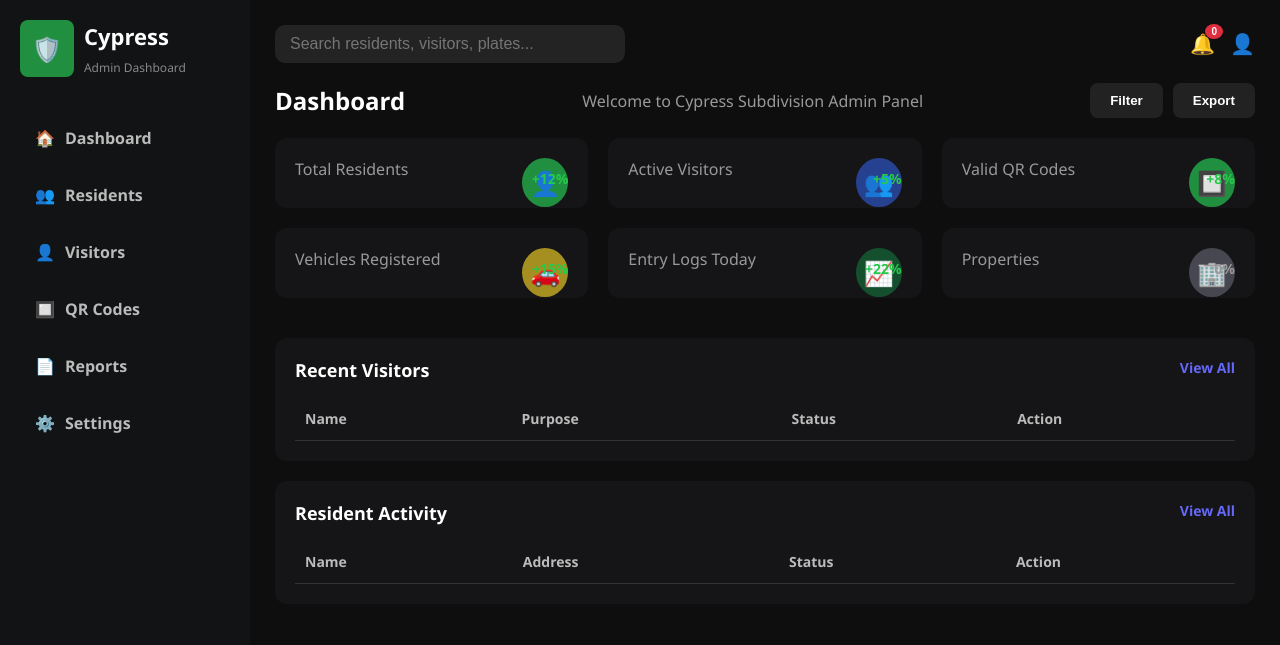
Repository: camuramon/my-project
Page: templates/admin/dashboard.html
An editor plug-in stored every save of this project. The page is shown before and after the next save, followed by the edit.
The browser window is 1280 px wide. The pictures show the whole page.
The template is drawn by Flask 3. The application's start-up code is not run. Other server files are loaded and not shown. The template is opened directly, without the code that normally fills it, so the values that code supplies are empty.

Above is the page before, as saved 2025-09-06 21:44:57.

### templates/admin/dashboard.html
<!DOCTYPE html>
<html lang="en">
<head>
  <meta charset="UTF-8" />
  <meta name="viewport" content="width=device-width, initial-scale=1.0" />
  <title>Cypress Admin Dashboard</title>
  <link rel="stylesheet" href="{{ url_for('static', filename='css/admin.css') }}">
  <link href="https://cdnjs.cloudflare.com/ajax/libs/font-awesome/6.0.0-beta3/css/all.min.css" rel="stylesheet" />
</head>
<body>
<div class="container">
  <aside class="sidebar">
    <div class="logo">
      <div class="icon">🛡️</div>
      <div class="title">
        <h2>Cypress</h2>
        <span>Admin Dashboard</span>
      </div>
    </div>
    <nav>
      <ul class="sidebar-menu">
        <li class="{% if request.path == url_for('admin_dashboard') %}active{% endif %}">
          <a href="{{ url_for('admin_dashboard') }}"><span class="icon">🏠</span> Dashboard</a>
        </li>
        <li class="{% if request.path == url_for('admin_residents') %}active{% endif %}">
          <a href="{{ url_for('admin_residents') }}"><span class="icon">👥</span> Residents</a>
        </li>
        <li class="{% if request.path == url_for('admin_visitors') %}active{% endif %}">
          <a href="{{ url_for('admin_visitors') }}"><span class="icon">👤</span> Visitors</a>
        </li>
        <li><a href="#"><span class="icon">🔲</span> QR Codes</a></li>
        <li class="{% if request.path == url_for('admin_reports') %}active{% endif %}">
          <a href="{{ url_for('admin_reports') }}"><span class="icon">📄</span> Reports</a>
        </li>
        <li class="{% if request.path == url_for('admin_settings') %}active{% endif %}">
          <a href="{{ url_for('admin_settings') }}"><span class="icon">⚙️</span> Settings</a>
        </li>
      </ul>
    </nav>
  </aside>

  <main class="main-content">
    <header class="top-bar">
      <div class="search-bar">
        <input type="search" placeholder="Search residents, visitors, plates..." />
      </div>
      <div class="top-icons">
        <button class="icon-btn">🔔<span class="notification-count">{{ notifications|length }}</span></button>
        <button class="icon-btn">👤</button>
      </div>
    </header>

    <section class="dashboard-header">
      <h1>Dashboard</h1>
      <p>Welcome to Cypress Subdivision Admin Panel</p>
      <div class="actions">
        <button class="filter-btn">Filter</button>
        <button class="export-btn">Export</button>
      </div>
    </section>

    <section class="stats-cards">
      <div class="card">
    <p>Total Residents</p>
    <h2>{{ total_residents }}</h2>
    <div class="card-icon green">👤</div>
    <span class="percentage positive">+12%</span>
</div>

<div class="card">
    <p>Active Visitors</p>
    <h2>{{ active_visitors }}</h2>
    <div class="card-icon blue">👥</div>
    <span class="percentage positive">+5%</span>
</div>

<div class="card">
    <p>Valid QR Codes</p>
    <h2>{{ valid_qr_codes }}</h2>
    <div class="card-icon green">🔲</div>
    <span class="percentage positive">+8%</span>
</div>

<div class="card">
    <p>Vehicles Registered</p>
    <h2>{{ total_vehicles }}</h2>
    <div class="card-icon yellow">🚗</div>
    <span class="percentage positive">+15%</span>
</div>

<div class="card">
    <p>Entry Logs Today</p>
    <h2>{{ entry_logs_today }}</h2>
    <div class="card-icon green-dark">📈</div>
    <span class="percentage positive">+22%</span>
</div>

<div class="card">
    <p>Properties</p>
    <h2>{{ total_properties }}</h2>
    <div class="card-icon gray">🏢</div>
    <span class="percentage neutral">0%</span>
</div>

    </section>

    <section class="tables-section">
      <div class="table-container">
        <h3>Recent Visitors <a href="#" class="view-all">View All</a></h3>

        <table id="visitorTable">
          <thead>
            <tr>
              <th>Name</th>
              <th>Purpose</th>
              <th>Status</th>
              <th>Action</th>
            </tr>
          </thead>
          <tbody>
            {% for visitor in visitors %}
            <tr>
              <td><strong>{{ visitor.fullName }}</strong></td>
              <td>{{ visitor.purpose }}</td>
              <td>
                <span class="status {% if visitor.status == 'Active' %}active{% else %}expired{% endif %}">
                  {{ visitor.status }}
                </span>
              </td>
              <td>👁️</td>
            </tr>
            {% endfor %}
          </tbody>
        </table>
      </div>

      <div class="table-container">
        <h3>Resident Activity <a href="#" class="view-all">View All</a></h3>
        <table>
          <thead>
            <tr>
              <th>Name</th>
              <th>Address</th>
              <th>Status</th>
              <th>Action</th>
            </tr>
          </thead>
          <tbody>
            {% for resident in residents %}
            <tr>
              <td><strong>{{ resident.fullName }}</strong></td>
              <td>{{ resident.address }}</td>
              <td><span class="status {% if resident.status == 'Active' %}active{% else %}suspended{% endif %}">{{ resident.status }}</span></td>
              <td>👁️</td>
            </tr>
            {% endfor %}
          </tbody>
        </table>
      </div>
    </section>
  </main>
  <script src="{{ url_for('static', filename='js/admin.js') }}"></script>
</body>
</html>

### static/css/admin.css
/* ===========================
   GENERAL RESET & BASE STYLES
=========================== */


* {
    box-sizing: border-box;
    margin: 0;
    padding: 0;
}

body {
    font-family: 'Segoe UI', Tahoma, Geneva, Verdana, sans-serif;
    background-color: #0e0e0f;
    color: #ddd;
    display: flex;
    min-height: 100vh;
}
html, body {
    height: 100%;
    width: 100%;
    margin: 0;
    padding: 0;
    overflow-x: hidden;
}

.container {
    display: flex;
    width: 100%;
    height: 100vh;
}


/* ===========================
   SIDEBAR
=========================== */
.sidebar {
    width: 250px;
    height: 100vh;
    background-color: #121314;
    padding: 20px;
    flex-shrink: 0;
}


.logo {
    display: flex;
    align-items: center;
    margin-bottom: 40px;
}

.logo .icon {
    background-color: #208f3f;
    padding: 12px;
    border-radius: 8px;
    font-size: 24px;
    color: white;
    margin-right: 10px;
}

.logo .title h2 {
    font-weight: 700;
    color: white;
    margin-bottom: 4px;
}

.logo .title span {
    font-size: 12px;
    color: #888;
}

.sidebar-menu {
    list-style: none;
    padding: 0;
}

.sidebar-menu li {
    margin: 15px 0;
}

.sidebar-menu li a {
    text-decoration: none;
    color: #bbb;
    font-weight: 600;
    display: flex;
    align-items: center;
    gap: 10px;
    font-size: 16px;
}

.sidebar-menu li a i {
    font-size: 18px;
}

.sidebar-menu li a {
    text-decoration: none;
    color: #bbb;
    font-weight: 600;
    display: flex;
    align-items: center;
    gap: 10px;
    font-size: 16px;
    padding: 10px 15px;
    border-radius: 8px;
    transition: background-color 0.3s ease, color 0.3s ease;
}

.sidebar-menu li.active a {
    background-color: #2a2a2e; /* darker bg for active item */
    color: white;
}

.sidebar-menu li.active a .icon {
    color: white;
}

.sidebar-menu li a:hover {
    background-color: #1d1d1f;
    color: white;
}


/* ===========================
   MAIN CONTENT
=========================== */
.main-content {
    flex-grow: 1;
    overflow-y: auto;
    padding: 25px;
    background-color: #0e0e0f;
}
/* ===========================
   HEADER / TOP BAR
=========================== */
.top-bar, .header {
    display: flex;
    justify-content: space-between;
    align-items: center;
    margin-bottom: 20px;
}

.search-bar input[type="search"] {
    width: 350px;
    padding: 10px 15px;
    border: none;
    border-radius: 10px;
    background-color: #232324;
    color: #ccc;
    font-size: 16px;
}

.top-icons, .header-icons {
    display: flex;
    gap: 15px;
}

.icon-btn, .notification-btn, .user-btn {
    background: none;
    border: none;
    color: #ccc;
    font-size: 20px;
    position: relative;
    cursor: pointer;
}

.notification-count {
    position: absolute;
    top: -8px;
    right: -8px;
    background-color: #e02e41;
    font-size: 10px;
    padding: 2px 6px;
    border-radius: 50%;
    color: white;
}

/* ===========================
   DASHBOARD HEADER & ACTIONS
=========================== */
.dashboard-header, .resident-section .sub-header {
    display: flex;
    justify-content: space-between;
    align-items: center;
    margin: 20px 0;
    flex-wrap: wrap;
}

.dashboard-header h1, .resident-section h2 {
    color: white;
}

.dashboard-header p, .resident-section .subtitle {
    color: #999;
    margin-left: 10px;
}

.actions, .buttons {
    display: flex;
    gap: 10px;
}

.filter-btn,
.export-btn,
.add-resident-btn {
    background-color: #222;
    border: none;
    color: white;
    padding: 10px 20px;
    border-radius: 8px;
    cursor: pointer;
    font-weight: 600;
}

.add-resident-btn {
    background-color: #208f3f;
}

.filter-btn:hover,
.export-btn:hover,
.add-resident-btn:hover {
    background-color: #333;
}

/* ===========================
   DASHBOARD CARDS
=========================== */
.stats-cards {
    display: flex;
    gap: 20px;
    flex-wrap: wrap;
    margin-bottom: 40px;
}

.card {
    background-color: #151517;
    border-radius: 12px;
    flex: 1 1 300px;
    padding: 20px;
    position: relative;
    color: #999;
}

.card p { margin-bottom: 8px; }

.card h2 { color: white; font-weight: 800; font-size: 28px; }

.card-icon {
    position: absolute;
    top: 20px;
    right: 20px;
    font-size: 24px;
    padding: 8px;
    border-radius: 100%;
    background-color: #333;
    color: white;
}

.card-icon.green { background-color: #208f3f; }
.card-icon.blue { background-color: #26418f; }
.card-icon.yellow { background-color: #a58f20; }
.card-icon.green-dark { background-color: #14502d; }
.card-icon.gray { background-color: #474751; }

.percentage {
    position: absolute;
    bottom: 20px;
    right: 20px;
    font-weight: 600;
    font-size: 14px;
}

.percentage.positive { color: #26ca4a; }
.percentage.neutral { color: #999; }

/* ===========================
   TABLES
=========================== */
.tables-section, .resident-directory {
    display: flex;
    gap: 20px;
    flex-wrap: wrap;
}

.table-container {
    background-color: #151517;
    padding: 20px;
    border-radius: 12px;
    flex: 1 1 500px;
    color: #bbb;
}

.table-container h3 {
    display: flex;
    justify-content: space-between;
    margin-bottom: 15px;
    color: white;
}

.view-all {
    color: #6668f8;
    font-weight: 600;
    text-decoration: none;
    font-size: 14px;
}

.view-all:hover { text-decoration: underline; }

table {
    width: 100%;
    border-collapse: collapse;
}

th, td {
    padding: 12px 10px;
    text-align: left;
    font-size: 14px;
}

thead tr { border-bottom: 1px solid #333; }
tbody tr:not(:last-child) { border-bottom: 1px solid #333; }
tbody tr:hover { background-color: #252527; }

/* ===========================
   STATUS BADGES
=========================== */
.status {
    padding: 5px 10px;
    border-radius: 20px;
    font-size: 12px;
    font-weight: 700;
    display: inline-block;
}

.status.active { background-color: #208f3f; color: white; }
.status.expired { background-color: #a5891e; color: white; }
.status.suspended { background-color: #7e1e1e; color: white; }
.status.inactive { background-color: #ff4d4f; color: white; }

.qr-status.valid { background-color: #208f3f; color: white; }
.qr-status.expired { background-color: #a5891e; color: white; }

/* ===========================
   BUTTONS, INPUTS, SELECT
=========================== */
button { cursor: pointer; border: none; border-radius: 6px; font-weight: 600; }

select, input[type="search"] {
    background-color: #232324;
    color: #ccc;
    border: 1px solid #333;
    padding: 8px 10px;
    border-radius: 6px;
}

/* ===========================
   HEADINGS & TEXT
=========================== */
h2 { font-size: 22px; margin-bottom: 5px; }
h3 { font-size: 18px; margin-bottom: 10px; }
.subtitle { color: #aaa; margin-bottom: 15px; }

strong { font-weight: 700; }

### static/js/admin.js
document.addEventListener('DOMContentLoaded', () => {

    // Toggle dark mode
    document.getElementById('darkModeToggle')?.addEventListener('click', () => {
        document.body.classList.toggle('dark-mode');
    });

    // Filter visitor records
    document.getElementById('visitorSearch')?.addEventListener('keyup', () => {
        const input = document.getElementById('visitorSearch');
        const filter = input.value.toLowerCase();
        const table = document.getElementById('visitorTable');
        const rows = table.getElementsByTagName('tr');

        for (let i = 1; i < rows.length; i++) {
            const cells = rows[i].getElementsByTagName('td');
            let found = false;
            for (let j = 0; j < cells.length; j++) {
                if (cells[j]) {
                    const txtValue = cells[j].textContent || cells[j].innerText;
                    if (txtValue.toLowerCase().indexOf(filter) > -1) {
                        found = true;
                        break;
                    }
                }
            }
            rows[i].style.display = found ? "" : "none";
        }
    });

    // Show modal
    window.showModal = function (modalId) {
        const modal = document.getElementById(modalId);
        modal.style.display = "block";
    };

    // Close modal
    window.closeModal = function (modalId) {
        const modal = document.getElementById(modalId);
        modal.style.display = "none";
    };

    // Close modal when clicking outside
    window.onclick = function (event) {
        const modals = document.getElementsByClassName('modal');
        for (let i = 0; i < modals.length; i++) {
            if (event.target === modals[i]) {
                closeModal(modals[i].id);
            }
        }
    };

    // Form validation
    function validateForm(formId) {
        const form = document.getElementById(formId);
        const inputs = form.getElementsByTagName('input');
        let valid = true;

        for (let i = 0; i < inputs.length; i++) {
            if (inputs[i].value === "") {
                valid = false;
                inputs[i].classList.add('error');
            } else {
                inputs[i].classList.remove('error');
            }
        }

        return valid;
    }

    // Add resident form submit
    document.getElementById('addResidentForm')?.addEventListener('submit', function (event) {
        event.preventDefault();
        if (validateForm('addResidentForm')) {
            alert('Resident added successfully!');
            closeModal('addResidentModal');
        } else {
            alert('Please fill in all fields.');
        }
    });

    // -----------------------------
    // 📦 STEP 4: Resident table functions
    // -----------------------------

    const searchInput = document.querySelector('input[placeholder*="Search"]');
    const statusSelect = document.querySelector('select'); // Adjust if needed
    const exportBtn = document.querySelector('.export-btn');
    const residentRows = Array.from(document.querySelectorAll('tbody tr'));

    // Search functionality
    searchInput?.addEventListener('input', () => {
        const query = searchInput.value.toLowerCase();
        residentRows.forEach(row => {
            const text = row.textContent.toLowerCase();
            row.style.display = text.includes(query) ? '' : 'none';
        });
    });

    // Filter by status
    statusSelect?.addEventListener('change', () => {
        const selectedStatus = statusSelect.value.toLowerCase();
        residentRows.forEach(row => {
            const accountStatus = row.querySelector('td:nth-child(7)')?.textContent.toLowerCase() || '';
            const qrStatus = row.querySelector('td:nth-child(8)')?.textContent.toLowerCase() || '';
            if (selectedStatus === 'all statuses' || accountStatus === selectedStatus || qrStatus === selectedStatus) {
                row.style.display = '';
            } else {
                row.style.display = 'none';
            }
        });
    });

    // Export CSV
    exportBtn?.addEventListener('click', () => {
        let csvContent = "Resident ID,Name,Email,Address,Contact,Vehicle,Account Status,QR Status\n";
        residentRows.forEach(row => {
            if (row.style.display !== 'none') {
                const cells = Array.from(row.querySelectorAll('td'));
                const rowData = cells.map(td => `"${td.textContent.trim()}"`).join(',');
                csvContent += rowData + "\n";
            }
        });

        const blob = new Blob([csvContent], { type: 'text/csv' });
        const url = window.URL.createObjectURL(blob);
        const a = document.createElement('a');
        a.setAttribute('href', url);
        a.setAttribute('download', 'residents.csv');
        a.click();
    });

    // Action buttons
    document.querySelector('tbody')?.addEventListener('click', (e) => {
        const btn = e.target;
        const row = btn.closest('tr');
        if (!row) return;

        if (btn.classList.contains('view-btn')) {
            alert(`Viewing details for: ${row.querySelector('td:nth-child(2)')?.textContent.trim()}`);
        } else if (btn.classList.contains('edit-btn')) {
            alert(`Editing details for: ${row.querySelector('td:nth-child(2)')?.textContent.trim()}`);
        } else if (btn.classList.contains('delete-btn')) {
            if (confirm('Are you sure you want to delete this resident?')) {
                row.remove();
            }
        }
    });

});

After the next save:
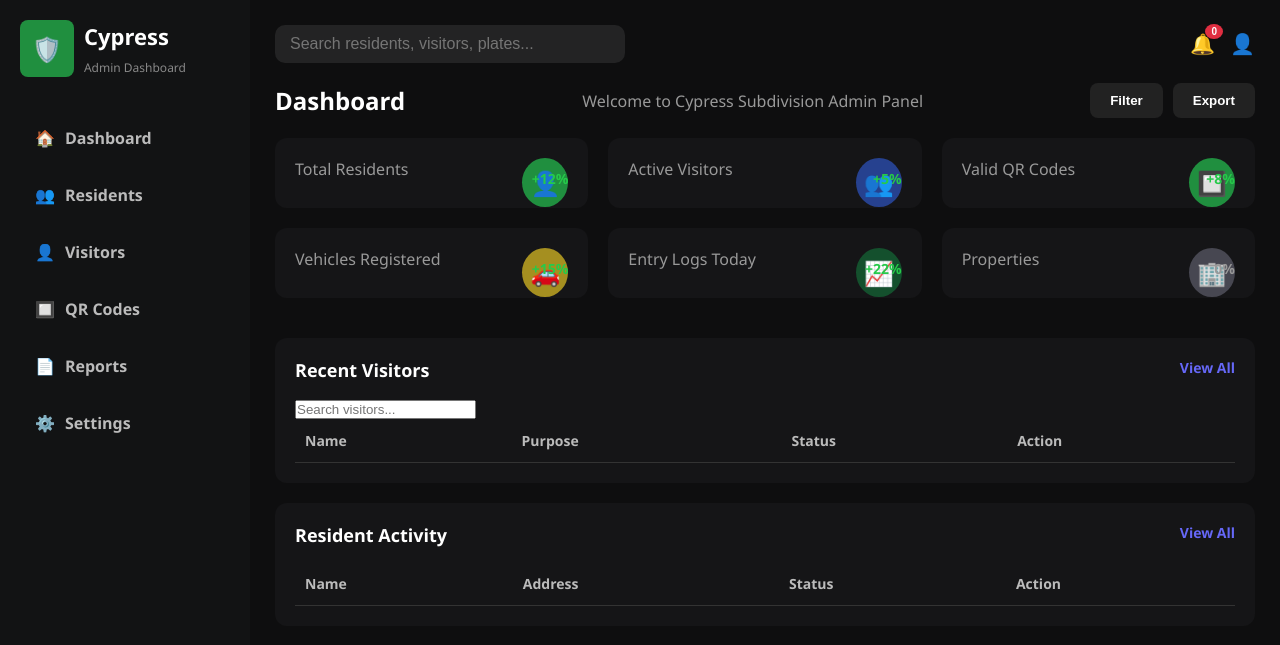
Saved 9 min 10 s later.
--- a/templates/admin/dashboard.html
+++ b/templates/admin/dashboard.html
@@ -107,7 +107,7 @@
     <section class="tables-section">
       <div class="table-container">
         <h3>Recent Visitors <a href="#" class="view-all">View All</a></h3>
-
+        <input type="text" id="visitorSearch" placeholder="Search visitors..." />
         <table id="visitorTable">
           <thead>
             <tr>
